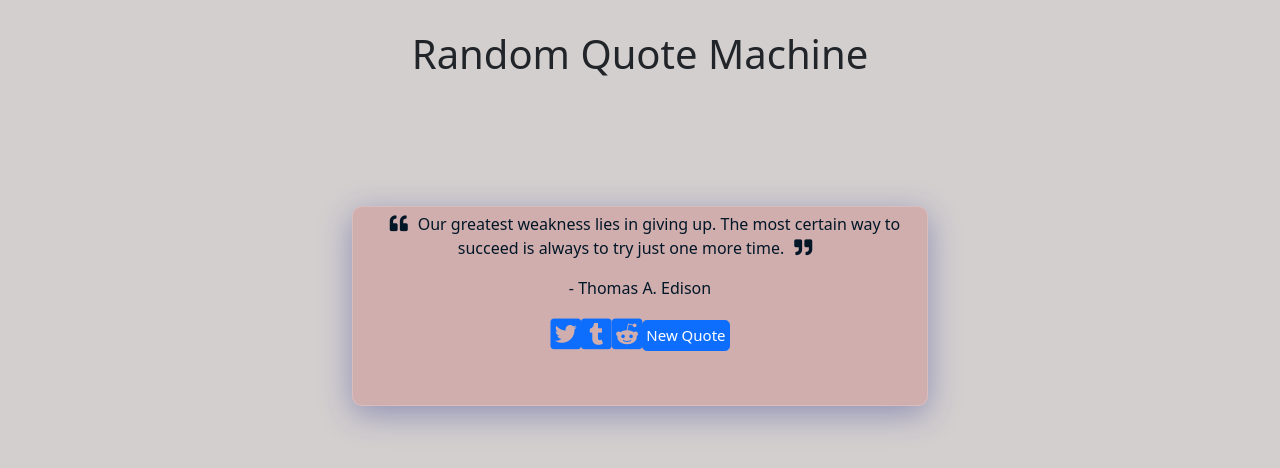
Repository: LuismGil/Random-quote-machine
Page: /
An editor plug-in stored every save of this project. The page is shown before and after the next save, followed by the edit.
The browser window is 1280 px wide. The pictures show the whole page.
The project was rebuilt for these pictures with package versions that can differ from the ones it lists, and the page was loaded fresh each time.

Above is the page before, as saved 2021-01-27 10:46:22.

### public/index.html
<!DOCTYPE html>
<html lang="en">
  <head>
    <meta charset="utf-8" />
    <link rel="icon" href="%PUBLIC_URL%/favicon.ico" />
    <meta name="viewport" content="width=device-width, initial-scale=1" />
    <meta name="theme-color" content="#000000" />
    <meta
      name="description"
      content="Web site created using create-react-app"
    />
    <link rel="apple-touch-icon" href="%PUBLIC_URL%/logo192.png" />
    <!--
      manifest.json provides metadata used when your web app is installed on a
      user's mobile device or desktop. See https://developers.google.com/web/fundamentals/web-app-manifest/
    -->
    <link rel="manifest" href="%PUBLIC_URL%/manifest.json" />
    <!--
      Notice the use of %PUBLIC_URL% in the tags above.
      It will be replaced with the URL of the `public` folder during the build.
      Only files inside the `public` folder can be referenced from the HTML.

      Unlike "/favicon.ico" or "favicon.ico", "%PUBLIC_URL%/favicon.ico" will
      work correctly both with client-side routing and a non-root public URL.
      Learn how to configure a non-root public URL by running `npm run build`.
    -->
    <link
      href="https://cdn.jsdelivr.net/npm/bootstrap@5.0.0-beta1/dist/css/bootstrap.min.css"
      rel="stylesheet"
      integrity="sha384-giJF6kkoqNQ00vy+HMDP7azOuL0xtbfIcaT9wjKHr8RbDVddVHyTfAAsrekwKmP1"
      crossorigin="anonymous"
    />
    <link
      rel="stylesheet"
      href="https://cdnjs.cloudflare.com/ajax/libs/font-awesome/5.15.2/css/all.min.css"
      integrity="sha512-HK5fgLBL+xu6dm/Ii3z4xhlSUyZgTT9tuc/hSrtw6uzJOvgRr2a9jyxxT1ely+B+xFAmJKVSTbpM/CuL7qxO8w=="
      crossorigin="anonymous"
    />
    <title>Random Quote Machine</title>
  </head>
  <body>
    <noscript>You need to enable JavaScript to run this app.</noscript>
    <div id="root"></div>
    <!--
      This HTML file is a template.
      If you open it directly in the browser, you will see an empty page.

      You can add webfonts, meta tags, or analytics to this file.
      The build step will place the bundled scripts into the <body> tag.

      To begin the development, run `npm start` or `yarn start`.
      To create a production bundle, use `npm run build` or `yarn build`.
    -->
  </body>
</html>

### src/index.js
import React from 'react';
import ReactDOM from 'react-dom';
import './index.css';
//import App from './App';

const quotes = [
  {
    quote:
      'Our greatest weakness lies in giving up. The most certain way to succeed is always to try just one more time.',
    author: '- Thomas A. Edison',
  },
  {
    quote: 'You must expect great things of yourself before you can do them.',
    author: '- Michael Jordan',
  },
  {
    quote:
      'Obstacles are necessary for success because in selling, as in all careers of importance, victory comes only after many struggles and countless defeats.',
    author: '- Og Mandino',
  },
  {
    quote:
      'It is during our darkest moments that we must focus to see the light.',
    author: '- Aristotle Onassis',
  },
  {
    quote:
      'We can easily forgive a child who is afraid of the dark; the real tragedy of life is when men are afraid of the light.',
    author: '- Plato',
  },
  {
    quote: 'The only thing we have to fear is fear itself.',
    author: '- Franklin D. Roosevelt',
  },
  {
    quote:
      'Only put off until tomorrow what you are willing to die having left undone.',
    author: '- Pablo Picasso',
  },
  {
    quote:
      'The greater danger for most of us isn’t that our aim is too high and miss it, but that it is too low and we reach it.',
    author: '- Michelangelo',
  },
  {
    quote: 'A goal properly set is halfway reached.',
    author: '- Zig Ziglar',
  },
  {
    quote:
      'Our goals can only be reached through a vehicle of a plan, in which we must fervently believe, and upon which we must vigorously act. There is no other route to success.',
    author: '- Pablo Picasso',
  },
];

const colors = [
  '#011627',
  '#f3C677',
  '#2EC4B6',
  '#E71D36',
  '#5C80BC',
  '#CF1259',
  '#8B1E3F',
  '#DB4C4O',
  '#DDDBF1',
];

class QuoteBox extends React.Component {
  constructor(props) {
    super(props);
    this.state = {
      quote: quotes[0].quote,
      author: quotes[0].author,
      color: colors[0],
    };
    this.handleClick = this.handleClick.bind(this);
  }

  handleClick = () => {
    let randomQuote = Math.floor(Math.random() * quotes.length);
    let newQuote = quotes[randomQuote];
    let randomColor = Math.floor(Math.random() * colors.length);
    let newColor = colors[randomColor];

    console.log('click aqui funciona?');
    this.setState({
      quote: newQuote.quote,
      author: newQuote.author,
      color: newColor,
    });
  };

  render() {
    return (
      <div id="quote-box">
        <h1>Random Quote Machine</h1>
        <div className="quote-card">
          <NewQuote quote={this.state} />

          <div>
            <a id="tweet-quote" href="twitter.com/intent/tweet" target="_blank">
              <i className="fab fa-twitter-square icon" />
            </a>
            <a href="https://www.tumblr.com/" role="button">
              <i className="fab fa-tumblr-square icon" />
            </a>
            <a href="https://www.reddit.com/">
              <i className="fab fa-reddit-square icon" />
            </a>
            <button
              id="new-quote"
              type="submit"
              className="btn btn-primary btn-lg"
              onClick={this.handleClick}
            >
              New Quote
            </button>
          </div>
        </div>
      </div>
    );
  }
}

const NewQuote = props => {
  const { quote } = props;
  const { color, quote: quoteText, author } = quote;

  return (
    <div style={{ color: color }}>
      <p id="text">
        <i className="fas fa-quote-left quote-icon" />
        {quoteText}
        <i className="fas fa-quote-right quote-icon" />
      </p>
      <p id="author">{author} </p>
    </div>
  );
};

ReactDOM.render(<QuoteBox />, document.getElementById('root'));

### src/index.css
body {
  background-color: rgb(211, 207, 207);
}

h1 {
  margin-top: 30px;
  text-align: center;
}

.quote-card {
  box-sizing: border-box;
  display: flex;
  flex-direction: column;
  height: 200px;
  margin: 10% auto;
  padding: 5px;
  text-align: center;
  width: 45%;
  background: rgba(202, 75, 75, 0.25);
  box-shadow: 0 8px 32px 0 rgba(31, 38, 135, 0.37);
  backdrop-filter: blur(4px);
  -webkit-backdrop-filter: blur(4px);
  border-radius: 10px;
  border: 1px solid rgba(255, 255, 255, 0.18);
}

i {
  font-size: 35px;
}

.quote-icon {
  font-size: 18px;
  margin: 0 10px;
}

#new-quote {
  font-size: 15px;
  margin-bottom: 14px;
  padding: 3px;
}

After the next save:
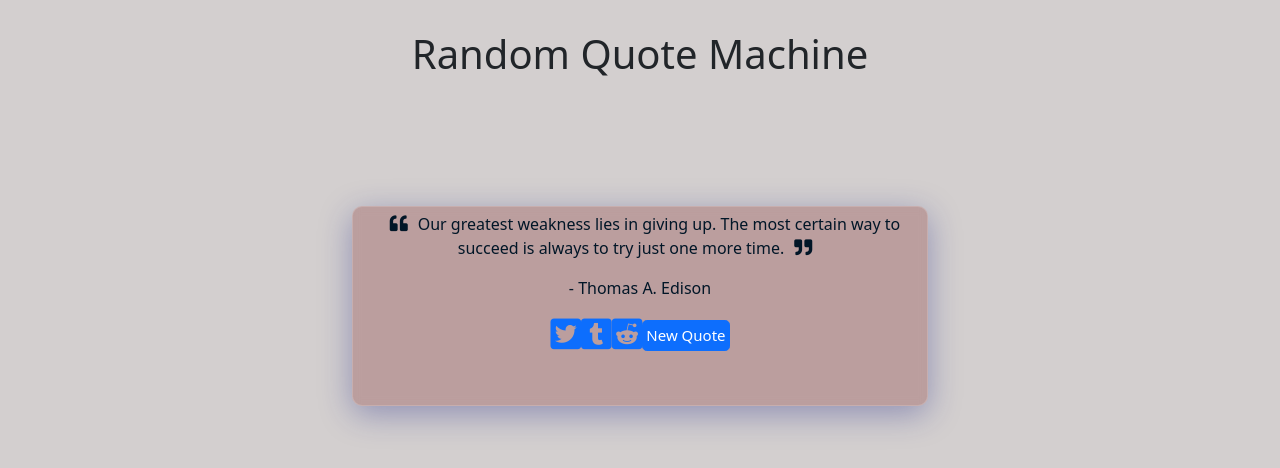
Saved 16 s later.
--- a/src/index.css
+++ b/src/index.css
@@ -16,7 +16,7 @@ h1 {
   padding: 5px;
   text-align: center;
   width: 45%;
-  background: rgba(202, 75, 75, 0.25);
+  background: rgba(117, 14, 14, 0.25);
   box-shadow: 0 8px 32px 0 rgba(31, 38, 135, 0.37);
   backdrop-filter: blur(4px);
   -webkit-backdrop-filter: blur(4px);
